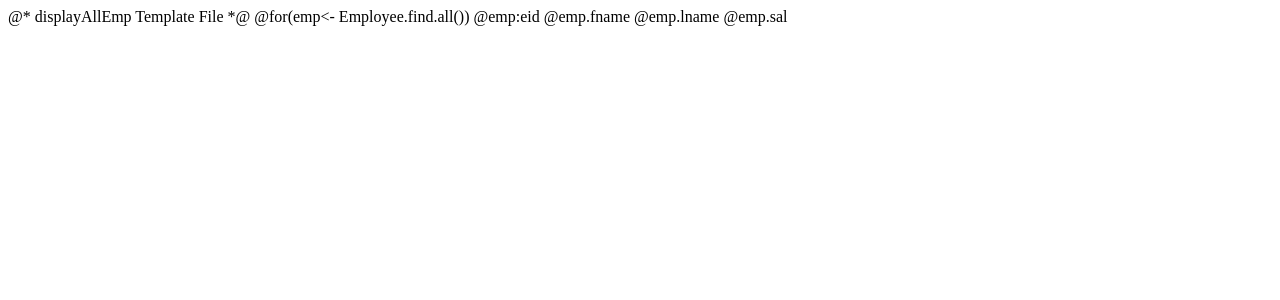
Repository: PoonamDeokar/SalesTool
Page: CrudDemo/app/views/displayAllEmp.scala.html
An editor plug-in stored every save of this project. The page is shown before and after the next save, followed by the edit.
The browser window is 1280 px wide. The pictures show the whole page.

Above is the page before, as saved 2016-09-16 10:14:09.

After the next save:
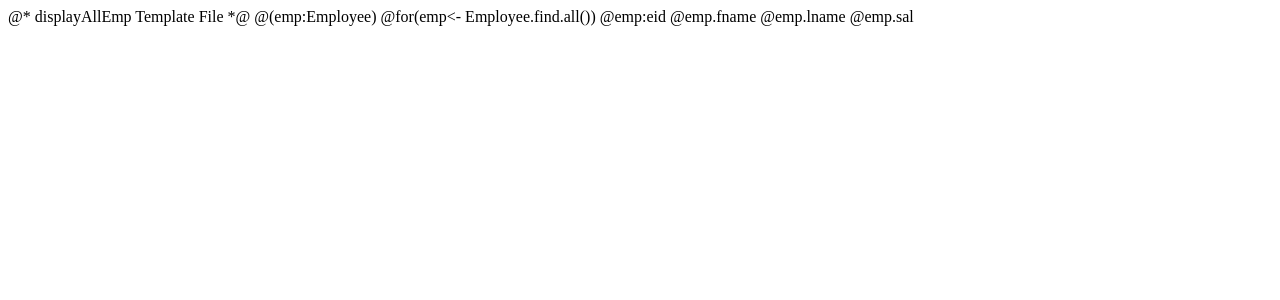
Saved 28 s later.
--- a/CrudDemo/app/views/displayAllEmp.scala.html
+++ b/CrudDemo/app/views/displayAllEmp.scala.html
@@ -1,4 +1,5 @@
 @* displayAllEmp Template File *@
+@(emp:Employee)
 @for(emp<- Employee.find.all())
 @emp:eid
 @emp.fname

After the save that followed:
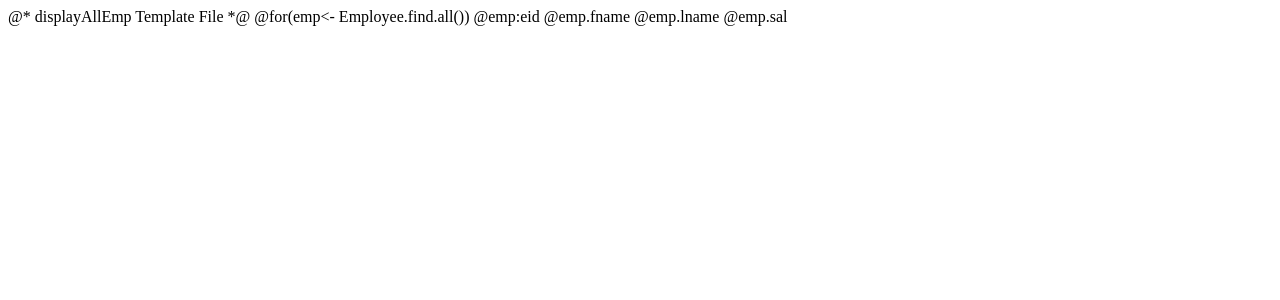
Saved 2 min 59 s later.
--- a/CrudDemo/app/views/displayAllEmp.scala.html
+++ b/CrudDemo/app/views/displayAllEmp.scala.html
@@ -1,5 +1,5 @@
 @* displayAllEmp Template File *@
-@(emp:Employee)
+
 @for(emp<- Employee.find.all())
 @emp:eid
 @emp.fname
